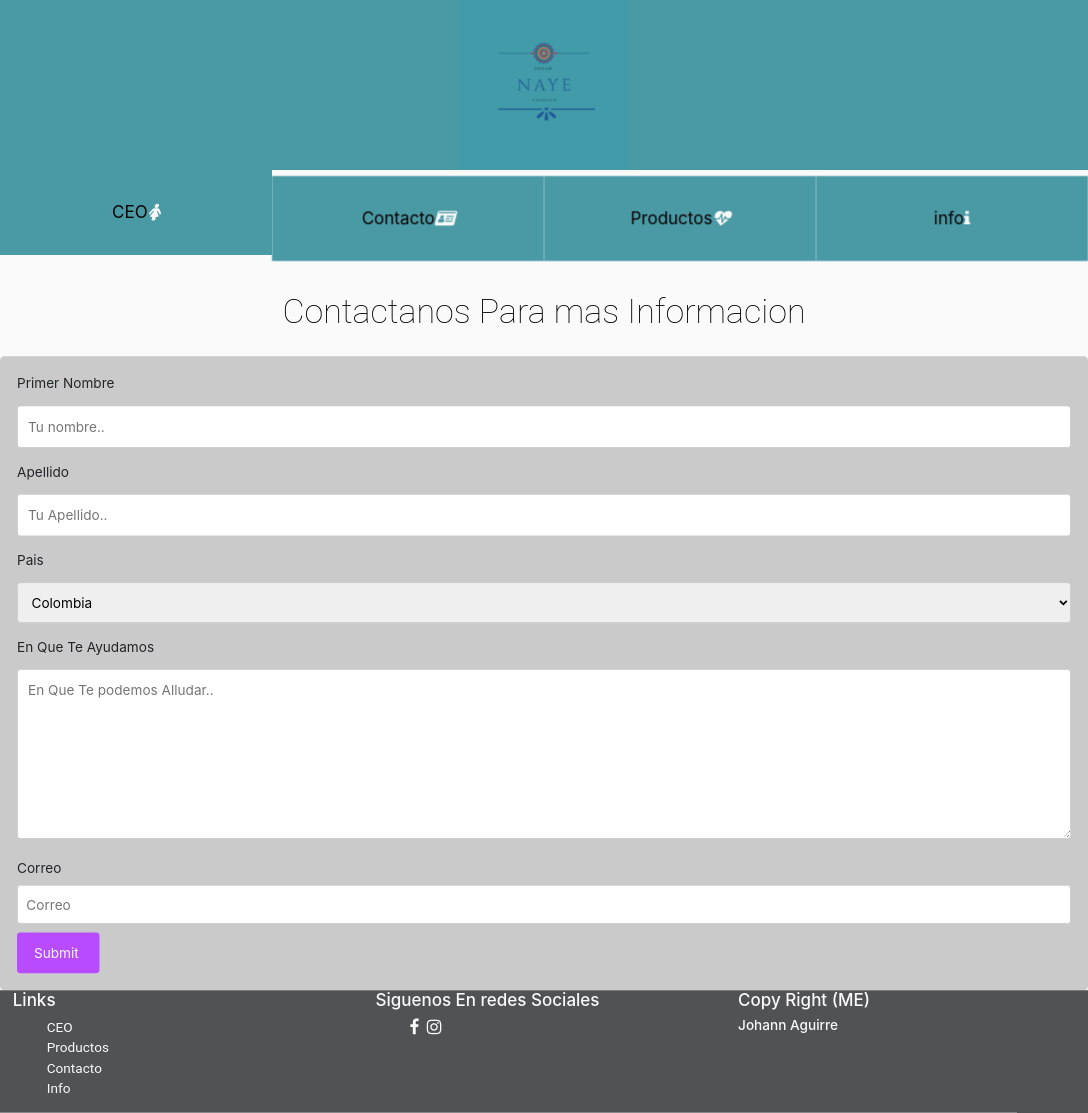
Repository: cachimiro/1-mile-stone-project
Page: contactos.html
The author's editor kept a record of every edit. The page is drawn from the files as they stood at one moment, then again after the next edit.
The browser window is 1280 px wide. The pictures show the whole page, at 85% of full size.
Some web libraries are served in a nearby version.

Above is the page before.

After the next edit:
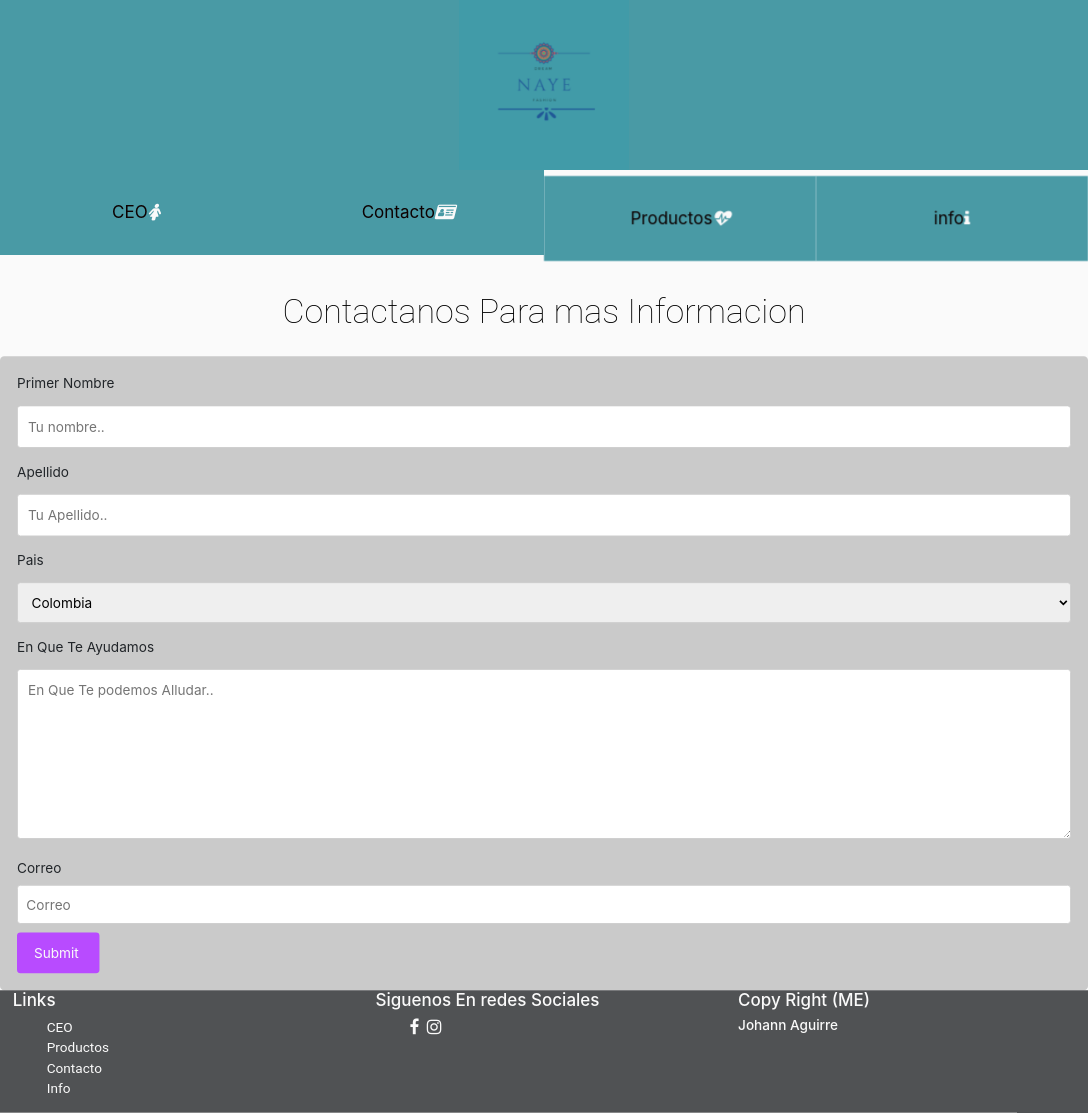
The edit:
--- a/contactos.html
+++ b/contactos.html
@@ -35,7 +35,7 @@
                         <li class="col-6 col-sm-3 ui-menu-color-ceo list-inline-item menuitem-1 ">
                             <a href="index.html">CEO<i class="fa fa-ceo hvr-icon" aria-hidden="true"> <span><i class="fas fa-female"></i></span></i>  </a>
                         </li>
-                        <li class="col-6 col-sm-3 ui-menu-color-contacto list-inline-item menuitem-1 hvr-bounce-to-bottom">
+                        <li class="col-6 col-sm-3 ui-menu-color-contacto list-inline-item menuitem-1 ">
                             <a href="contactos.html">Contacto<i class="fa fa-contact hvr-icon" aria-hidden="true"> <span><i class="far fa-id-card"></i></span></i>  </a>
                         </li>
                         <li class="col-6 col-sm-3 ui-menu-color-productos list-inline-item menuitem-1 hvr-bounce-to-bottom">
